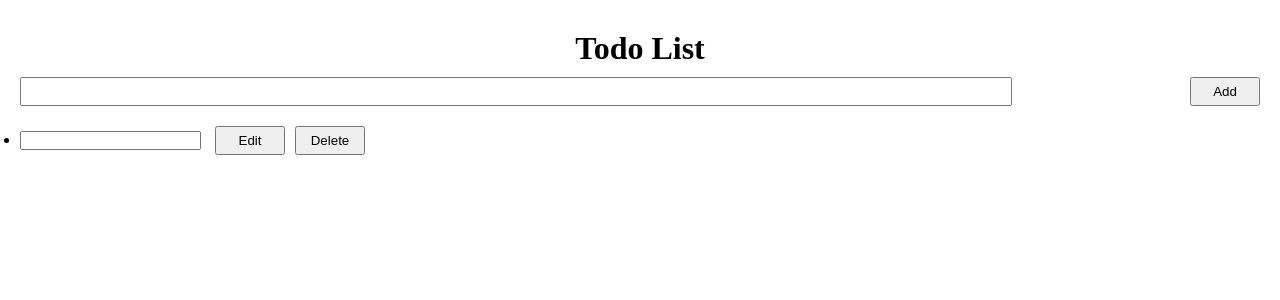
Repository: TENSAEA/----todo
Page: index.html
These files come from the project's save history. The page is drawn as it stood at one moment and after the next save; the edit follows.
The browser window is 1280 px wide. The pictures show the whole page.

Above is the page before, as saved 2023-10-11 10:51:13.

After the next save:
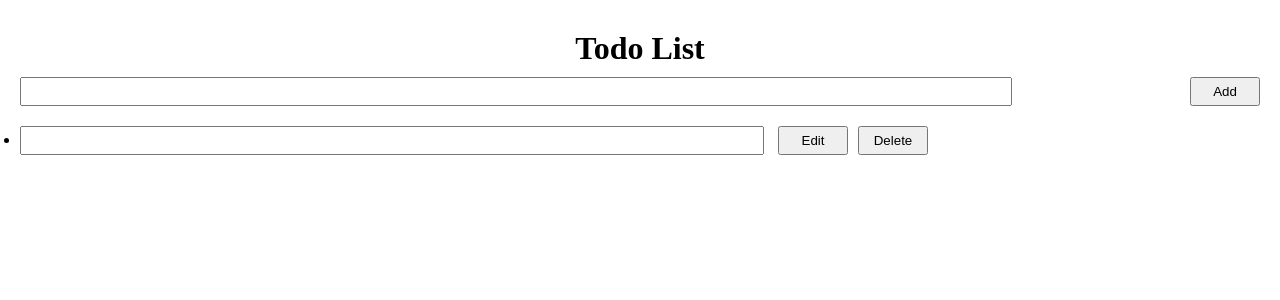
Saved 11 s later.
--- a/style.css
+++ b/style.css
@@ -40,7 +40,7 @@
     list-style: none;
 }
 
-.list #list li .list-text{
+.list-div .list li .list-text{
     padding: 5px;
     width:60%
 }
